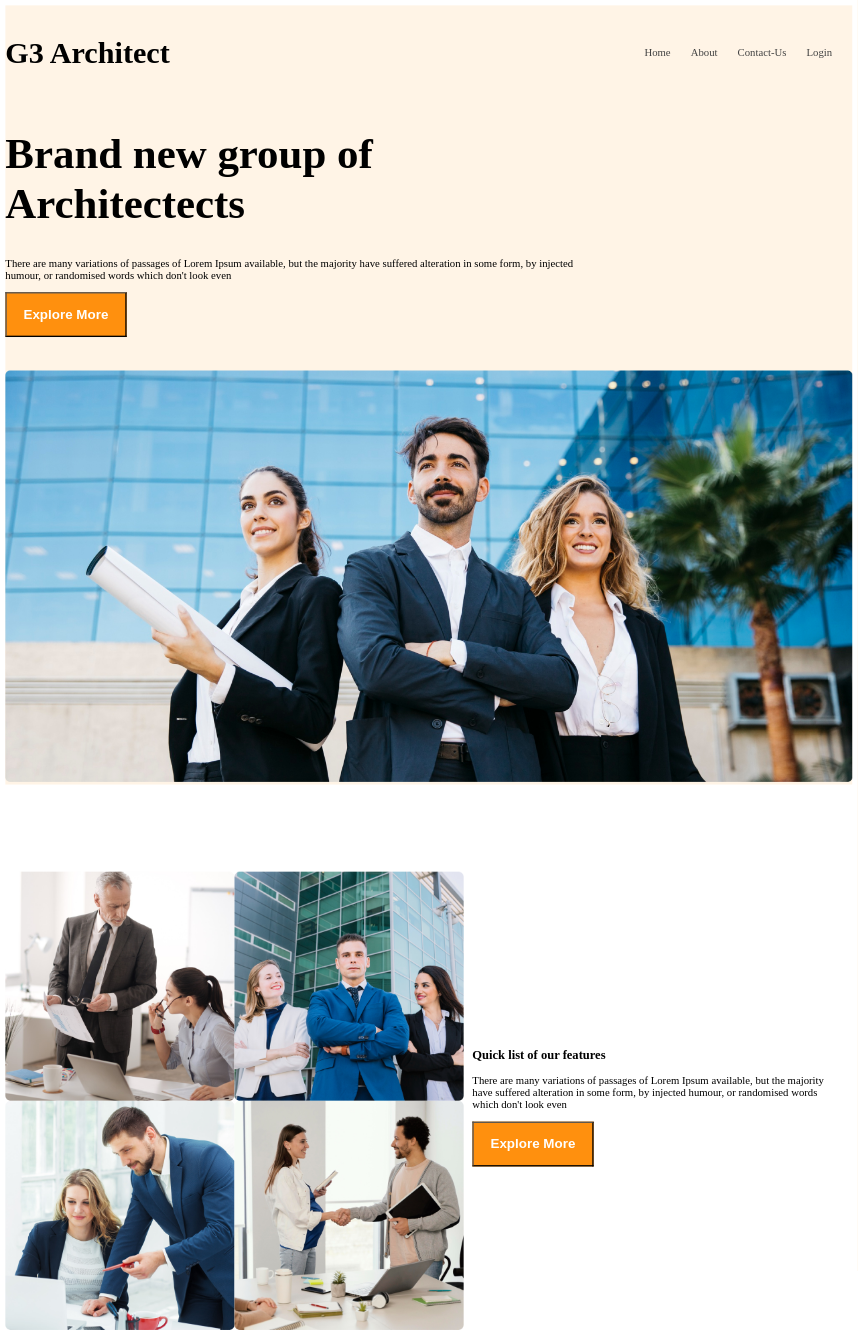
Repository: tanimtanzilislam/g3-architect-website
Page: index.html
These files come from the project's save history. The page is drawn as it stood at one moment and after a run of saves; the edit follows.
The browser window is 1280 px wide. The pictures show the whole page, at 67% of full size.

Above is the page before, as saved 2026-02-06 16:11:49.

### index.html
<!DOCTYPE html>
<html lang="en">
<head>
    <meta charset="UTF-8">
    <meta name="viewport" content="width=device-width, initial-scale=1.0">
    <title>G3 Architecture</title>
    <link rel="stylesheet" href="styles/styles.css">
</head>
<body class=".work-sans-font">
    <header class="bg-light" >
        <nav class="navbar display-flex">
            <h3 class="brand">G3 Architect </h3>
             <ul class="nav-links display-flex">

                <li class="nav-item"><a href="" class="nav-link text-gray">Home</a></li>
                <li class="nav-item"><a href="" class="nav-link text-gray">About</a></li>
                <li class="nav-item"><a href="" class="nav-link text-gray">Contact-Us</a></li>
                <li class="nav-item"><a href="" class="nav-link text-gray">Login</a></li>
             </ul>
        </nav>

        <div class="banner">
        <div class="banner-content">
        <h1 class="banner-title">
                Brand new group of Architectects
            </h1>
            <p class="banner-description">
                There are many variations of passages of Lorem Ipsum available, but the majority have suffered alteration in some form, by injected humour, or randomised words which don't look even
            </p>
            <button class="btn-primary">Explore More</button>
            </div>

            <img class="banner-image" src="images/banner.png" alt="">
        </div>
    </header>
    <main>
        <section class="teams display-flex">

            <div class="team-imag-container">

                <img src="images/team1.png" alt="two at=rchitect discussing about design">
                 <img src="images/team2.png" alt="">
                 <img src="images/team3.png" alt="">
                 <img src="images/team4.png" alt="">
            </div>

            <div class="our-features">
                <h3 class="feature-title">Quick list of our features</h3>
                 <p class="feature-description">
                    There are many variations of passages of Lorem Ipsum available, but the majority have suffered alteration in some form, by injected humour, or randomised words which don't look even
                 </p>
                 <button class="btn-primary">Explore More</button>
            </div>




        </section>
    </main>
    <footer></footer>

</body>
</html>

### styles/styles.css

@import url('https://fonts.googleapis.com/css2?family=Work+Sans:ital,wght@0,100..900;1,100..900&display=swap');

.work-sans-font{
  font-family: "Work Sans", sans-serif;
  font-optical-sizing: auto;
  font-weight: 400;
  font-style: normal;
}

/* shared styles */
.display-flex{
  display:flex;
}

.text-gray{
  color:#424242;
}

/* dark02 */
.text-light-gray{

color:#727272;

}

/* header styles */

.navbar{
  justify-content: space-between;
  align-items:center
}
.brand{
  font-weight:700;
  font-size:45px;
}

/* navbar related styles */
.bg-light{
  background-color: rgba(255,144,14,0.1);
}

.nav-item{
  list-style:none;
  margin-right:30px;
}

.nav-link{
  text-decoration:none;
  font-weight:500;
}
.navbar ,.banner{
  max-width:1440px;
  margin:0 auto;
}

/* banner related styles */

.banner-content{
  max-width:850px;
  margin-bottom:50px;

}
.banner-title{
  font-weight: 700;
  font-size:4em;
}
.btn-primary{
  background-color:#FF900E;
  color:white;
  padding:20px 25px;
  font-size: 1.25rem;
  font-weight:600;
  border-radius: none;

}
.banner-image{
  width:100%;

}

/* team and feature related styles */

.teams{
  align-items:center;

}
.team-imag-container{
  display:grid;
  grid-template-columns: repeat(2,1fr);

}
main>section{
  margin-top:130px;
}

.our-features{
  padding:13px;

}

/* responsive media query */
 @media screen and( max-width:576px){
  .navbar ,.nav-links{

    flex-direction: column;


  }

}

main{
  max-width:1440px;
  margin:0px auto;

}

After the next 4 saves:
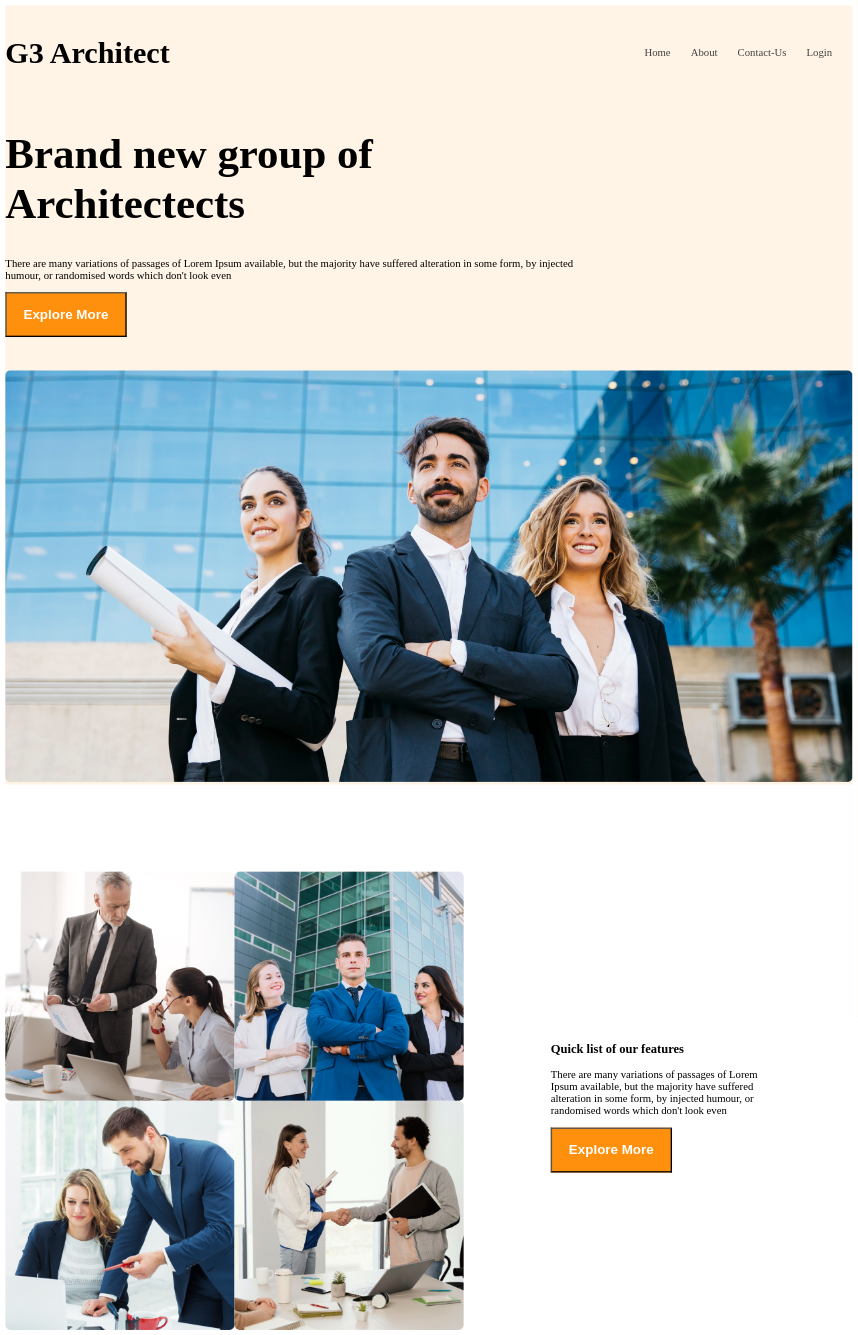
The 4 saves are shown as one change because they came seconds apart.
The last was saved 13 s later.
--- a/styles/styles.css
+++ b/styles/styles.css
@@ -95,7 +95,7 @@
 }
 
 .our-features{
-  padding:13px;
+  padding: 130px;
 
 }
 
